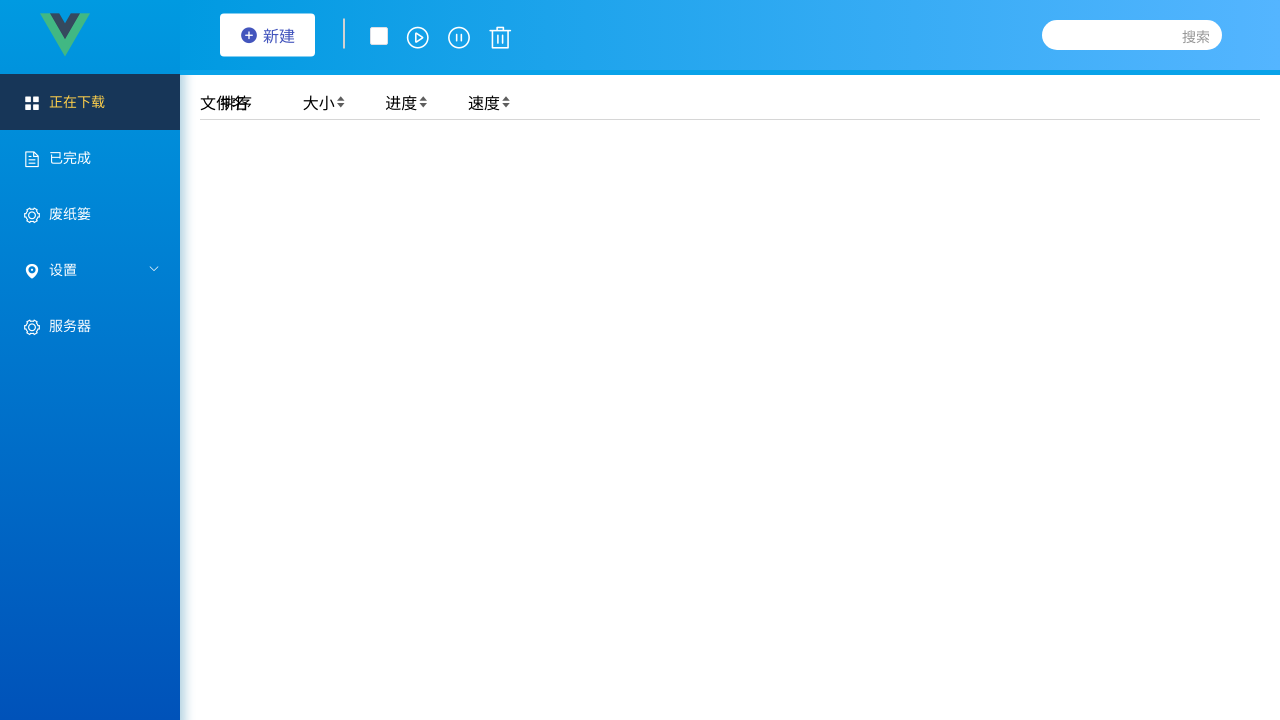
Repository: Ahui-qn/Aria2
Page: /
The author's editor kept a copy of each file at every save. The page is drawn from the files as they stood at one save, then again after the next save.
The browser window is 1280 px wide. The pictures show the whole page.
The page's requests for data from a server got no answer. The project was rebuilt for these pictures with package versions that can differ from the ones it lists, and the page was loaded fresh each time. No one was signed in, and anything a server would have sent is missing. Also part of the build but not shown: src/components/Tables.vue.

Above is the page before, as saved 2021-11-03 11:31:36.

### src/main.js
import Vue from "vue";
import App from "./App.vue";
import router from "./router";
import store from "./store";
import Aria2Client from "./aria2-client.js"
import ElementUI from 'element-ui'
import 'element-ui/lib/theme-chalk/index.css'
import './assets/global.css'

Vue.use(ElementUI)


Vue.config.productionTip = false;

window.aria3 = new Aria2Client({
                    host: 'localhost',
                    port: 6800,
                    secret: '123456',
                })


new Vue({
  router,
  store,
  render: (h) => h(App),
}).$mount("#app");

### src/App.vue
<style lang="less" scopen>
* {
    margin: 0;
    padding: 0;
    box-sizing: border-box;
}
#app {
    display: flex;
    height: 100%;
     .el {
         height: 100%;
        .outmost-menu {
            border: none;
            width: 180px;
            height: 100%;
            box-shadow:5px 10px 10px 0px #0069994c;
            background-image:linear-gradient(#009ae1, #0052b9);
            padding-top: 10px;
            i {
                color: white;
            }
            .frist {
                margin-top: 14px;
            }
            img {
                display: block;
                width: 50px;
                margin-left: 40px;
            }
            .el-submenu {
                .el-menu {
                    background-color: #1c66ab;
                    .el-menu-item {
                        min-width: 0;
                    }
                    .el-menu-item:focus {   // 设置分组里focus颜色
                        background-color: #173658;
                    }
                    .el-menu-item-group__title {
                        display: none;
                    }
                }
            }
            .is-active {       //设置分组外层的focus颜色
                background-color: #173658;
            }
            .el-menu-item:hover {
                background-color: #173658;
            }

            .el-submenu__title:hover {
                background-color: #173658;
            }
        }
    }
    header {
        flex-grow: 1;
        nav {
            height: 70px;
            width: 100%;
            background-image:linear-gradient(to right, #009ae1, #54b5ff);
            position: relative;
            box-shadow:#09a2e9 0px 5px 0px 0px;
            .edit-status {
                height: 100%;
                padding-left:20px;
                .new {
                    margin-left: 20px;
                    background-color: #fff;
                    position: absolute;
                    color: #4355bd;
                    top: 50%;
                    transform: translateY(-50%);
                    border: none;
                    font-size: 16px;
                    a {
                        text-decoration:none;
                        color: #4355bd;
                    }
                    i {
                        font-size: 18px;
                    }
                }
                .new::after {
                    content: '';
                    height: 30px;
                    width: 2px;
                    background-color: rgb(210, 210, 210);
                    position: absolute;
                    top: 5px;
                    right: -30px;
                }
                .el-button-group::before {
                    content: none;
                }
                .el-button-group {
                    display: flex;
                    justify-content: space-between;
                    align-items: center;
                    padding: 0;
                    height: 50px;
                    width: 160px;
                    position: absolute;
                    left: 190px;
                    top:53%;
                    transform: translateY(-50%);
                    .el-checkbox__inner{
                        width: 18px;
                        height: 18px;
                    }
                    .el-checkbox__inner::after{
                        width: 7px;
                        height: 13px;
                        transform:rotate(42deg) scaleY(1) translate(-1px,-2px);
                    }

                    .el-button--primary {
                        border:none
                    }
                    .el-button{
                        background-color: rgba(255, 127, 80, 0);
                        border-radius: 0;
                        padding: 0;
                        i {
                            font-size: 25px;
                        }
                    }
                }
                label.search {
                    position: absolute;
                    top: 50%;
                    right: 50px;
                    transform: translateY(-50%);
                    span {
                        color: rgb(150, 150, 150);
                        position: absolute;
                        top: 6px;
                        right: 20px;
                        font-weight: 200;
                        font-size: 14px;
                    }
                    input {
                        width: 180px;
                        height: 30px;
                        border-radius: 999px;
                        border: none;
                        margin-right: 8px;
                        padding: 0 10px;
                    }
                }
            }
        }
    }
}
</style>

<template>
    <div id="app">
        <div class="el">
            <el-menu class="outmost-menu" text-color="#fff" active-text-color="#ffd04b" :router="true" :default-active="currentPath()">
                <img class="" src="./assets/logo.png" alt="" />
                <el-menu-item class="frist" index="/">
                    <i class="el-icon-menu"></i>
                    <span slot="title">正在下载</span>
                </el-menu-item>
                <el-menu-item index="/completed">
                    <i class="el-icon-document"></i>
                    <span slot="title">已完成</span>
                </el-menu-item>
                <el-menu-item index="/deleted">
                    <i class="el-icon-setting"></i>
                    <span slot="title">废纸篓</span>
                </el-menu-item>
                <el-submenu index="/settings">
                    <template slot="title">
                        <i class="el-icon-location"></i>
                        <span>设置</span>
                    </template>
                    <el-menu-item-group>
                        <el-menu-item index="/settings/basic">基础设置</el-menu-item>
                        <el-menu-item index="/settings/http">HTTP设置</el-menu-item>
                        <el-menu-item index="/settings/rpc">RPC设置</el-menu-item>
                        <el-menu-item index="/settings/advanced">高级设置</el-menu-item>
                    </el-menu-item-group>
                </el-submenu>
                <el-menu-item index="/server">
                    <i class="el-icon-setting"></i>
                    <span slot="title">服务器</span>
                </el-menu-item>
            </el-menu>
        </div>
        <header>
            <nav>
                <div class="edit-status">
                    <router-link to="/new">
                        <el-button type="primary" class="new" icon="el-icon-circle-plus">新建</el-button>
                    </router-link>
                    <el-button-group>
                        <el-checkbox @change="selectAll"></el-checkbox>   <!--全选按钮 ,拿取到当前组件的内容传递过去-->
                        <el-button type="primary" icon="el-icon-video-play" @click.native="editStatus('unpause')"></el-button>  <!--开始按钮-->
                        <el-button type="primary" icon="el-icon-video-pause" @click.native="editStatus('pause')"></el-button>  <!--暂停按钮-->
                        <el-button type="primary" icon="el-icon-delete" @click.native="editStatus('remove')"></el-button>   <!--删除按钮-->
                    </el-button-group>
                    <label class="search"><input type="text" /><span>搜索</span></label>
                </div>
            </nav>
            <router-view ></router-view>
        </header>
    </div>
</template>

<script>
import { mapMutations, mapActions } from 'vuex'

export default {
    name: 'App',
    data() {
        return {}
    },
    methods: {
         ...mapActions([
            'editStatus',
            ]),
        ...mapMutations([
            'selectAll',
            ]),
        currentPath() {
            return /\/\w*\/?/.exec(location.hash)[0]
        },
    },
}
</script>

### src/router/index.js
import Vue from 'vue'
import VueRouter from 'vue-router'
import Downloading from '../views/Downloading'

Vue.use(VueRouter)

const routes = [
    {
        path: '/',
        name: 'Downloading',
        component: Downloading,
    },
    {
        path: '/completed',
        name: 'Completed',
        component: () => import(/* webpackChunkName: "Completed" */ '../views/Completed.vue'),
    },
    {
        path: '/deleted',
        name: 'Deleted',
        component: () => import(/* webpackChunkName: "Deleted" */ '../views/Deleted.vue'),
    },
    {
        path: '/new',
        name: 'new',
        component: () => import(/* webpackChunkName: "newTask" */ '../views/NewTask.vue'),
    },
    {
        path: '/task/:gid',
        name: 'TaskDetails',
        component: () => import(/* webpackChunkName: "TaskDetails" */ '../views/TaskDetails.vue'),
    },
    {
        path: '/settings/:type',
        component: () => import(/* webpackChunkName: "setting" */ '../views/Setting.vue'),
    },

]

const router = new VueRouter({
    routes,
})

export default router

### src/store/index.js
import Vue from 'vue'
import Vuex from 'vuex'
import Aria2Client from '../aria2-client'
import { MessageBox } from 'element-ui';

Vue.use(Vuex)

export default new Vuex.Store({
    // strict: true,
    state: {
        tasks: [],    //正在下载任务列表，为多个对象
        search: '',   // 搜索功能输入的内容
        completeds: [],   // 已完成的task数据
        selected: [],
        aria2: new Aria2Client({
            host: 'localhost',
            port: 6800,
            secret: '123456',
        }),
    },
    getters: {
        showSearch(state) {   // 输入的内容匹配文件名字，搜索
            if (state.search == '') {
                return state.tasks
            }else {
                return state.tasks.filter(task => {
                    return task.files[0].path.toLowerCase().includes(state.search.toLowerCase())
                })
            }
        },
        getFileSize(state) {
            return function (task) {
                if (task.totalLength  > 1048576) {
                    return (task.totalLength / 1024 / 1024).toFixed(2) + ' MB'
                }else {
                    return (task.totalLength / 1024).toFixed(2) + ' KB'
                }
            }

        },
        getDownloadSpeed(state) {   // 当前下载速度
            return function (task) {
                if (task.status == 'paused') {
                    return '暂停中'
                }else if (task.status == 'waiting') {
                    return '等待中'
                }else  if (task.downloadSpeed == '0') {
                    return 0 + 'KB/s'
                }else if (task.downloadSpeed >= 1048576) {
                    return (task.downloadSpeed / 1024 / 1024).toFixed(2) + 'MB/s'
                }else {
                    return (task.downloadSpeed / 1024 ).toFixed(2) + 'KB/s'
                }

            }
        },
        getLinkName(state) {
            return function (task) {
                if (task.files?.[0].path) {  // 如果存在此文件
                    return task.files[0].path.split('/').at(-1) // path存在是一定有文件名的
                }else {
                    return task.files?.[0].uris?.[0].uri.split('/').at(-1) ?? '未知'
                }
            }
        },
        getProgress(state) {   // 当前下载进度，%显示
            return function (task) {
                if (task.completedLength == '0') {  // ???/等于000
                    return 0
                }else {
                    return Number((task.completedLength / task.totalLength * 100).toFixed(1))
                }
            }
        },
    },

    mutations: {
        selectedSwitch(state,task) {  // 切换选中selectedSwitch
                let idx = state.selected.indexOf(task.gid)
                if (idx == -1) {
                    state.selected.push(task.gid)  // 只传id
                }else {
                    state.selected.splice(idx, 1)
                }
        },
        selectAll (state) {    // 全部选择函数
            if (location.href.split('/').at(-1) == 'completed') { // 如果是在已完成页面
                if (state.selected.length == state.completeds.length) {
                    state.selected = []
                }else {
                    state.completeds.forEach((task) => {
                        state.selected.push(task.gid)
                    })
                }
            }else {  // 如果是在正在下载页面
                if (state.selected.length == state.tasks.length) {
                    state.selected = []  // 如果两个全都选中则清空数组
                }else {
                    state.tasks.forEach((task) => {
                        state.selected.push(task.gid)
                    })
                }
            }

        },
        handleSearchChange(state,e) {   // 搜索双向绑定
            state.search = e.target.value
        },
        updateList(state, tasks) {   // actions触发的task更新赋值函数
            state.tasks = tasks
        },
        editCompleteds(state, completeds) {
            state.completeds = completeds    // 将获取到的completeds赋值到新的completeds上
        }
    },

    actions: {
        async getCompletedName({commit,state}) {
            let completeds = [
                ...await state.aria2.tellStopped(0,1000)
            ]
            commit('editCompleteds', completeds)
        },
        async submit({state}, url) {
            await state.aria2.addUri([url])
       },
        async asyncUpdateList({ commit, state}) {     // Downloading组件页面每秒钟调用此函数更新数据
            let tasks = [
                ...await state.aria2.tellActive(),
                ...await state.aria2.tellWaiting(0,100)
            ]
            commit('updateList', tasks)
        },

        async editStatus({ state }, status) {   // 操作task删除、暂停、开始的操作
            if (status == 'remove') {
                try {
                   await MessageBox.confirm('确定删除？')   // element组件库的函数，返回一个promise
                }catch(e) {
                    return
                }
            }
            let selectedTask =  state.tasks.filter((task) => {
                return state.selected.includes(task.gid)
            })

            try {
                for (let task of selectedTask) {
                    if (task.status == 'active' && status == 'unpause') continue
                    if (task.status == 'pause' && status == 'pause') continue  // 如果不是这两个就是remove
                    await state.aria2[status](task.gid)   // 关与暂停、开始、删除操作都是传入gid
                    // 已删除的任务状态为removed，可以做已完成和已删除分类
            }
            } catch(e) {
                console.log('用element消息通知提示用户已暂停')
            }
            this.dispatch('asyncUpdateList')    // 调用上面的update更新状态
        },
    },

    modules: {},
})

### src/aria2-client.js
class Aria2Client {
    constructor(options) {
        this.options = options
        this.ws = new WebSocket(`ws://${options.host}:${options.port}/jsonrpc`)

        this.lastId = 1
        this.callbacks = {}  // 存储每个每次函数调用的回调函数

        this.connectPromise = new Promise((resolve, reject) => {  // 要么websocket处于连接成功状态，要么处于连接失败状态，正在连接中的话执行下面的forEach会报错
            this.ws.addEventListener('open', () => {
              resolve()
            })
            this.ws.addEventListener('error', (e) => {
              reject('WS_CONNECTION_ERROR')
            })
          })

        this.ws.addEventListener('message', (e) => {
            let data = JSON.parse(e.data)
            let callback = this.callbacks[data.id]  // 无论data是error还是result都带着此次会话id
            delete this.callbacks[data.id]
            if (typeof callback == 'function') {
                callback(data)
            }
        })
    }
}


   ;[
    "addUri",
    "addTorrent",
    "getPeers",
    "addMetalink",
    "remove",
    "pause",
    "forcePause",
    "pauseAll",
    "forcePauseAll",
    "unpause",
    "unpauseAll",
    "forceRemove",
    "changePosition",
    "tellStatus",
    "getUris",
    "getFiles",
    "getServers",
    "tellActive",
    "tellWaiting",
    "tellStopped",
    "getOption",
    "changeUri",
    "changeOption",
    "getGlobalOption",
    "changeGlobalOption",
    "purgeDownloadResult",
    "removeDownloadResult",
    "getVersion",
    "getSessionInfo",
    "shutdown",
    "forceShutdown",
    "getGlobalStat",
    "saveSession"
    ].forEach(methodName => {
        Aria2Client.prototype[methodName] = function (...args) {  // ...args为每个函数的 『 第一个参数之后 』的每个参数
            return this.connectPromise.then(() => {   //

                return new Promise((resolve, reject) => {
                    let id = this.lastId++
                    this.callbacks[id] = function (data) {  //ws.message事件触发调用callback说明data收到
                        if (data.error) {  // 如果data放回的是一个error说明出错
                            reject(data.error)
                        }else {
                            resolve(data.result)    //拿到结果，promise状态确定
                        }
                    }
                    this.ws.send(JSON.stringify({
                        jsonrpc : '2.0',
                        id : id,
                        method: 'aria2.' + methodName,
                        params: [`token:${this.options.secret}`, ...args]
                    }))
                })

            })
        }
    })




    export default Aria2Client

### src/assets/global.css
html, body {
    height: 100%;
    width: 100%;
}

### src/views/Downloading.vue
<style scoped lang="less">
</style>

<template>
    <div id="dowloading">
        <Header :isShowSpeed="true"/>
        <Tables
            v-for="(task) of showSearch"
            @click.native="selectedSwitch(task)"
            :key="task.gid"
            :filename="getLinkName(task)"
            :filesize="getFileSize(task)"
            :progress="getProgress(task)"
            :speed="getDownloadSpeed(task)"
            :selected="selected"
            :task="task"
        />
    </div>
</template>

<script>

import { mapState , mapMutations, mapGetters,  mapActions} from "vuex"
import Header from '../components/Header.vue'
import Tables from  "../components/Tables.vue"
export default {
    name:'downloading',
    data() {
        return {}
    },
    components: {
        Tables,
        Header,
    },
    mounted() {
        this.$store.dispatch('asyncUpdateList')
        this.IntervalId = setInterval(() => {
            this.$store.dispatch('asyncUpdateList')
        },1000)
    },

    beforeDestroy() {
        clearInterval(this.IntervalId)
    },
    computed : {
        ...mapState(['selected']),
        ...mapGetters([
            'showSearch',
            'getLinkName',
            'getProgress',
            'getDownloadSpeed',
            'getFileSize'
            ]),
    },
    methods :{
        ...mapActions(['editStatus']),
        ...mapMutations([   // 函数作用注释在store里
            'selectedSwitch',
            'selectAll',
            'updateList',
            'handleSearchChange',
            ]),
    },
}
</script>

### src/components/Header.vue
<style scoped lang="less">
    .classify {
        margin: 20px;
        font-size: 16px;
        position: relative;
        height: 30px;
        border-bottom: 1px rgba(198, 198, 198, 0.715) solid;
        div.container {
            position: absolute;
            top: 0;
            left: 20px;
            display: flex;
            width: 280px;
            justify-content: space-between;
            div {
                position: relative;
                i {
                    position: absolute;
                    font-size: 12px;
                    color: rgb(94, 94, 94);
                }
                i:nth-of-type(1) {
                    top: 3px;
                }
                i:nth-of-type(2) {
                    top: 9px;
                }
            }
        }
}
</style>
<template>
    <div>
        <header class="classify">
            <span>文件名</span>
            <div class="container">
                <p>排序</p>
                <div>
                    <span>大小</span>
                    <i class="el-icon-caret-top"></i>
                    <i class="el-icon-caret-bottom"></i>
                </div>
                <div>
                    <span>进度</span>
                    <i class="el-icon-caret-top"></i>
                    <i class="el-icon-caret-bottom"></i>
                </div>
                <div v-show="isShowSpeed">
                    <span>速度</span>
                     <i class="el-icon-caret-top"></i>
                     <i class="el-icon-caret-bottom"></i>
                </div>
            </div>
        </header>
    </div>
</template>
<script>
export default {
    name: 'Header',
    props: {
        isShowSpeed: {
            type: Boolean,
            required: false,
            default: true
        }
    }
}
</script>

Loaded but not shown: public/index.html (common file)

After the next save:
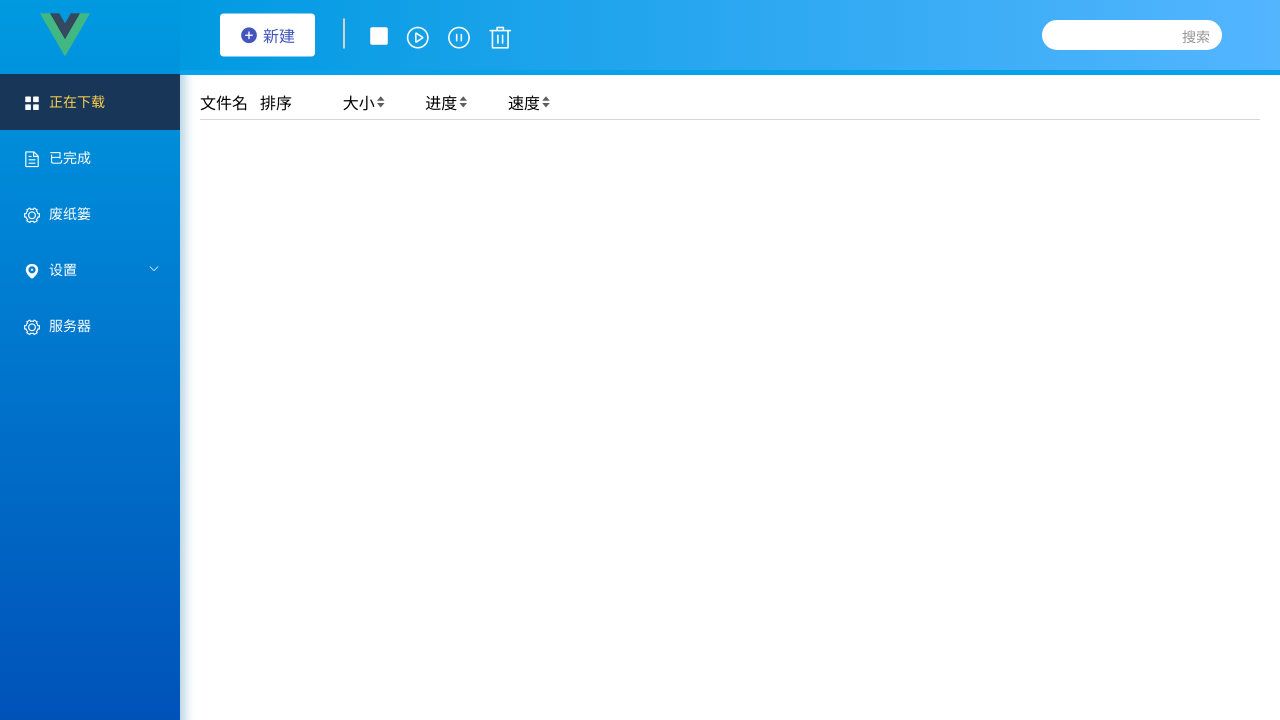
Saved 4 s later.
--- a/src/components/Header.vue
+++ b/src/components/Header.vue
@@ -8,7 +8,7 @@
         div.container {
             position: absolute;
             top: 0;
-            left: 20px;
+            left: 60px;
             display: flex;
             width: 280px;
             justify-content: space-between;
